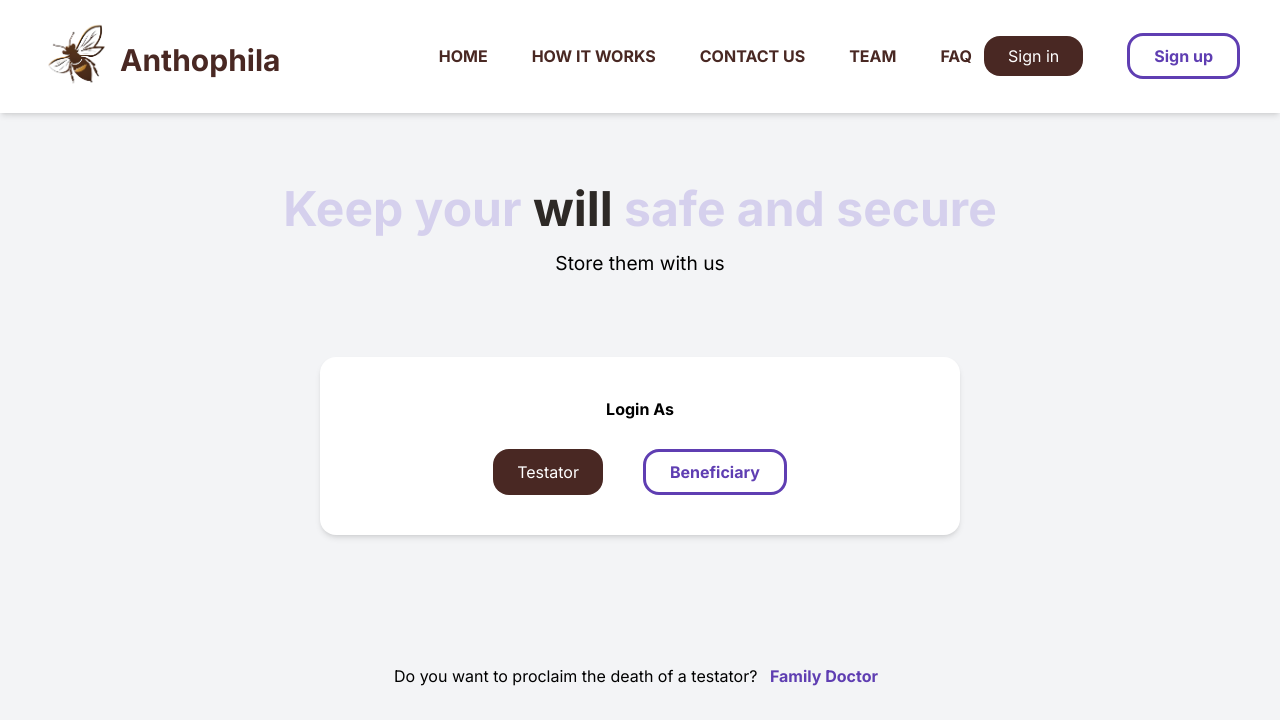
Repository: marcusdashe/anthophila
Page: /
An editor plug-in stored every save of this project. The page is shown before and after the next save, followed by the edit.
The browser window is 1280 px wide. The pictures show the whole page.
The project was rebuilt for these pictures with package versions that can differ from the ones it lists, and the page was loaded fresh each time. The framework's server and built-in components were replaced by stand-ins that run in the browser. Also part of the build but not shown: next.config.js, styles/Home.module.css.

Above is the page before, as saved 2023-03-02 20:32:00.

### pages/_document.js
import { Html, Head, Main, NextScript } from 'next/document'

export default function Document() {
  return (
    <Html lang="en">
      <Head>
        <link rel="preconnect" href="https://fonts.googleapis.com" />
        <link rel="preconnect" href="https://fonts.gstatic.com" crossOrigin />
        <link href="https://fonts.googleapis.com/css2?family=Inter:wght@100;200;300;400;500;600&display=swap" rel="stylesheet" />
      </Head>
      <body>
        <Main />
        <NextScript />
      </body>
    </Html>
  )
}

### pages/index.js
import Head from 'next/head'
import Image from 'next/image'
import { Inter } from '@next/font/google'
import styles from '@/styles/Home.module.css'
import { Nav } from '@/components/Nav'
import Hero from '@/components/Hero'

const inter = Inter({ subsets: ['latin'] })

export default function Home() {
  return (
    <>
      <Head>
        <title>Anthophilia</title>
        <meta name="description" content="decentralized platform for storing will" />
        <meta name="viewport" content="width=device-width, initial-scale=1" />
        <link rel="icon" href="/favicon.ico" />
      </Head>
      <Nav />

      {/* <main className="w-full h-screen bg-cover bg-no-repeat bg-center bg-fixed" style={{backgroundImage: "url('/assets/bg-vintage.png')"}}> */}
      <main className="w-full h-screen">
      <Hero />

      </main>
    </>
  )
}

### styles/globals.css
@tailwind base;
@tailwind components;
@tailwind utilities;


@layer base {
    html {

      font-family: 'Inter', sans-serif;
    }
  }

### components/Nav.jsx
import React, { useState } from 'react'
import Link from 'next/link'
import Button from './Button'
import MenuIcon from '@mui/icons-material/Menu';
import CloseIcon from '@mui/icons-material/Close';

export const Nav = () => {
  let Links = [
    { name: "HOME", link: "/"},
    { name: "HOW IT WORKS", link: "/hiw"},
    { name: "CONTACT US", link: "/contact"},
    { name: "TEAM", link: "/team"},
    { name: "FAQ", link: "/faq"},
  ]
  let [open, setOpen] = useState(false)

  return (
    <div className='md:fixed bg-white bg-opacity-[0.8] backdrop-blur-lg lg:fixed z-50 shadow-md w-full fixed top-0 left-0'>
        <div className='md:flex items-center justify-between bg-white py-4 md:px-10 px-7'>
            <div className='font-bold text-2xl cursor-pointer flex items-center text-gray-80 hover:scale-110 duration-500'>
            <img src="/assets/logo.png" alt="logo" className="object-scale-down h-50 w-20" />
                <span className='text-3xl text-[#492823] mr-1 pt-2 '>
                    Anthophila
                </span>
            </div>
            <div onClick={()=> setOpen(!open)} className='text-3xl absolute right-8 top-6 cursor-pointer md:hidden '>
              {open ? <CloseIcon fontSize='large'/> : <MenuIcon fontSize='large'/>}

            </div>
            <ul className={`md:flex md:items-center md:pb-0 pb-12 absolute md:static bg-white md:z-auto z-[-1] left-0 w-full md:w-auto md:pl-0 pl-9 transition-all duration-500 ease-in ${open ? 'top-20 opacity-100' : 'top-[-490px]'} md:opacity-100 opacity-0`}>
              { Links.map((link, idx) => (
                <li key={link.name} className='md:ml-8 text-md font-bold md:my-0 my-7 hover:scale-110 duration-500'>
                    <Link href={link.link} key={idx} className="text-[#492823] hover:text-[#F5F1F3] duration-500 mr-3 ">{link.name}</Link>
                </li>
              ))}
              <Button isPrimary={true}><Link href= {{pathname : "/signin", query: {"user":"testator"}}}> Sign in </Link></Button>
              <Button isPrimary={false}><Link href={"/signup"}>Sign up</Link></Button>
            </ul>
        </div>
    </div>
  )
}

### components/Hero.jsx
import Link from "next/link";
import React, { useState } from "react";
import Button from "./Button";

const Hero = () => {
  return (
    <div className="bg-gray-100 h-screen flex justify-center items-center flex-col">
      <header className="">
        <div className="max-w-7xl mx-auto px-4 sm:px-6 lg:px-8 flex flex-col items-center justify-center">
          <h1 className="text-5xl font-bold text-[#D5D0ED] text-center mb-4">
            Keep your <span className="text-[#2D2926]">will</span> safe and
            secure
          </h1>
          <p className="text-center text-[1.2rem]">Store them with us</p>
        </div>
      </header>
      <section className=" w-[80%] md:w-[50%] bg-white shadow-md p-10 rounded-2xl flex justify-center items-center flex-col mt-20">
        <p className="font-bold">Login As</p>
        <div className="mt-7 flex flex-row space-x-7 justify-center">
          <Button isPrimary={true}>
            <Link href={{ pathname: "/signin", query: { user: "testator" } }}>
              Testator
            </Link>
          </Button>
          <Button isPrimary={false}>
            <Link
              href={{ pathname: "/signin", query: { user: "beneficiary" } }}
            >
              Beneficiary
            </Link>
          </Button>
        </div>
      </section>
      <p className="w-[70%] text-center fixed bottom-8 md:max-w-100 sm:max-w-50">
        Do you want to proclaim the death of a testator?{" "}
        <Link
          className="text-[#5F3EB2] p-2 font-bold rounded-lg hover:bg-[#D5D0ED] duration-500"
          href={"/proclaimTestatorDeath"}
        >
          Family Doctor
        </Link>
      </p>
    </div>
  );
};

export default Hero;

### components/Button.jsx
import React, {useEffect} from 'react'

const Button = ({isPrimary, children}) => {
 console.log(isPrimary)
  return (
    <>
    {
      isPrimary ?
      <button className="bg-[#492823] w-150 text-white py-2 px-6 rounded-2xl md:mr-3 ml-0 hover:bg-[#D5D0ED] hover:text-[#492823] duration-500 hover:scale-110 duration-500  snm:mr-3">
        {children}
      </button>
    :
      <button className="bg-white w-150 text-[#5F3EB2]  border-[3px] border-[#5F3EB2] font-bold py-2 px-6 rounded-2xl hover:scale-110 duration-500 md:ml-8 duration-500 hover:text-[#492823] duration-500">
        {children}
      </button>

    }
   </>
  )
}
// bg-[] w-150 text-white py-2 px-6 rounded-2xl md:ml-8 hover:bg-[#D5D0ED] hover:text-[#492823] duration-500

export default Button

### tailwind.config.js
/** @type {import('tailwindcss').Config} */

module.exports = {
  content: [
    "./app/**/*.{js,ts,jsx,tsx}",
    "./pages/**/*.{js,ts,jsx,tsx}",
    "./components/**/*.{js,ts,jsx,tsx}",
  ],
  theme: {
    extend: {},
  },
  plugins: [],
}

Loaded but not shown: pages/_app.js (common file)

After the next save:
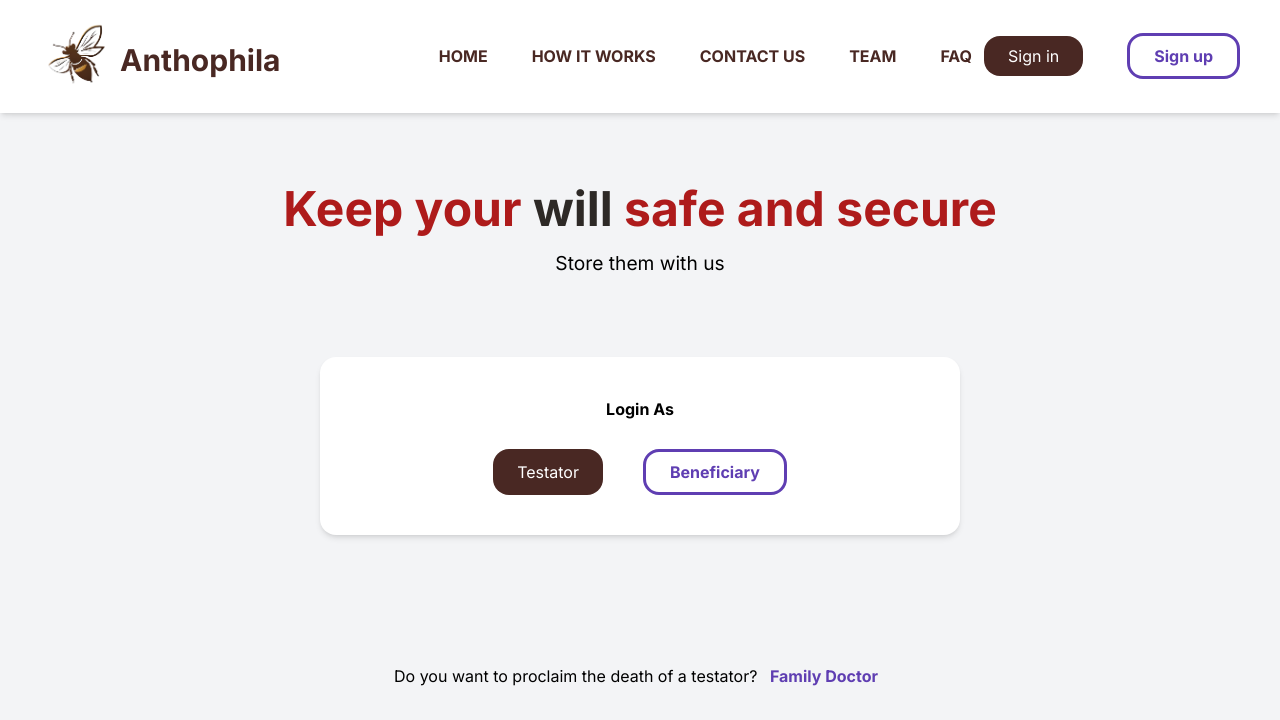
Saved 2 min 23 s later.
--- a/components/Hero.jsx
+++ b/components/Hero.jsx
@@ -7,7 +7,7 @@ const Hero = () => {
     <div className="bg-gray-100 h-screen flex justify-center items-center flex-col">
       <header className="">
         <div className="max-w-7xl mx-auto px-4 sm:px-6 lg:px-8 flex flex-col items-center justify-center">
-          <h1 className="text-5xl font-bold text-[#D5D0ED] text-center mb-4">
+          <h1 className="text-5xl font-bold text-[#AE1B1B] text-center mb-4">
             Keep your <span className="text-[#2D2926]">will</span> safe and
             secure
           </h1>
